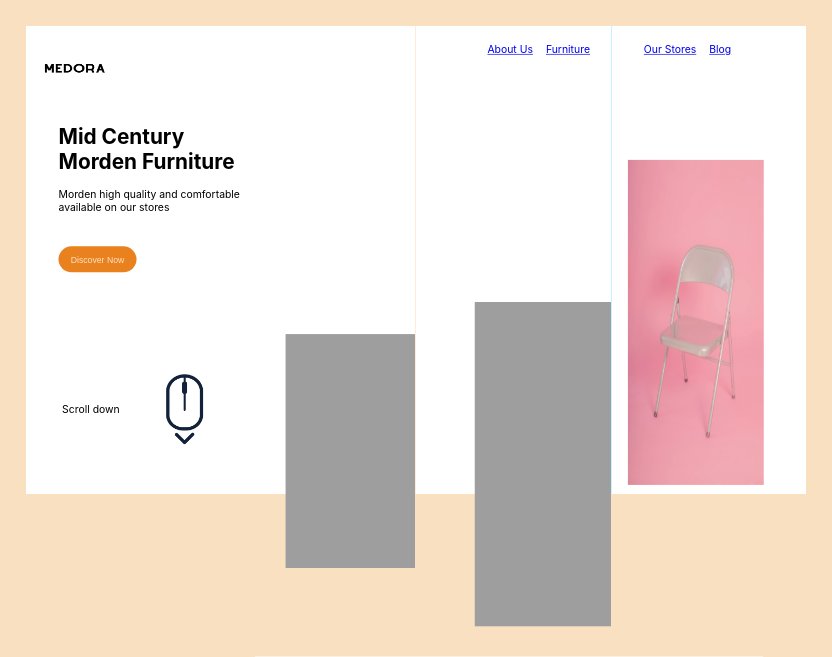
Repository: SbuKhoza/medora
Page: /
These files come from the project's save history. The page is drawn as it stood at one moment and after a run of saves; the edit follows.
The browser window is 1280 px wide. The pictures show the whole page, at 65% of full size.
Pictures or frames that could not be fetched are drawn as grey boxes. The project was rebuilt for these pictures with package versions that can differ from the ones it lists, and the page was loaded fresh each time.

Above is the page before, as saved 2024-07-12 08:53:53.

After the next 2 saves:
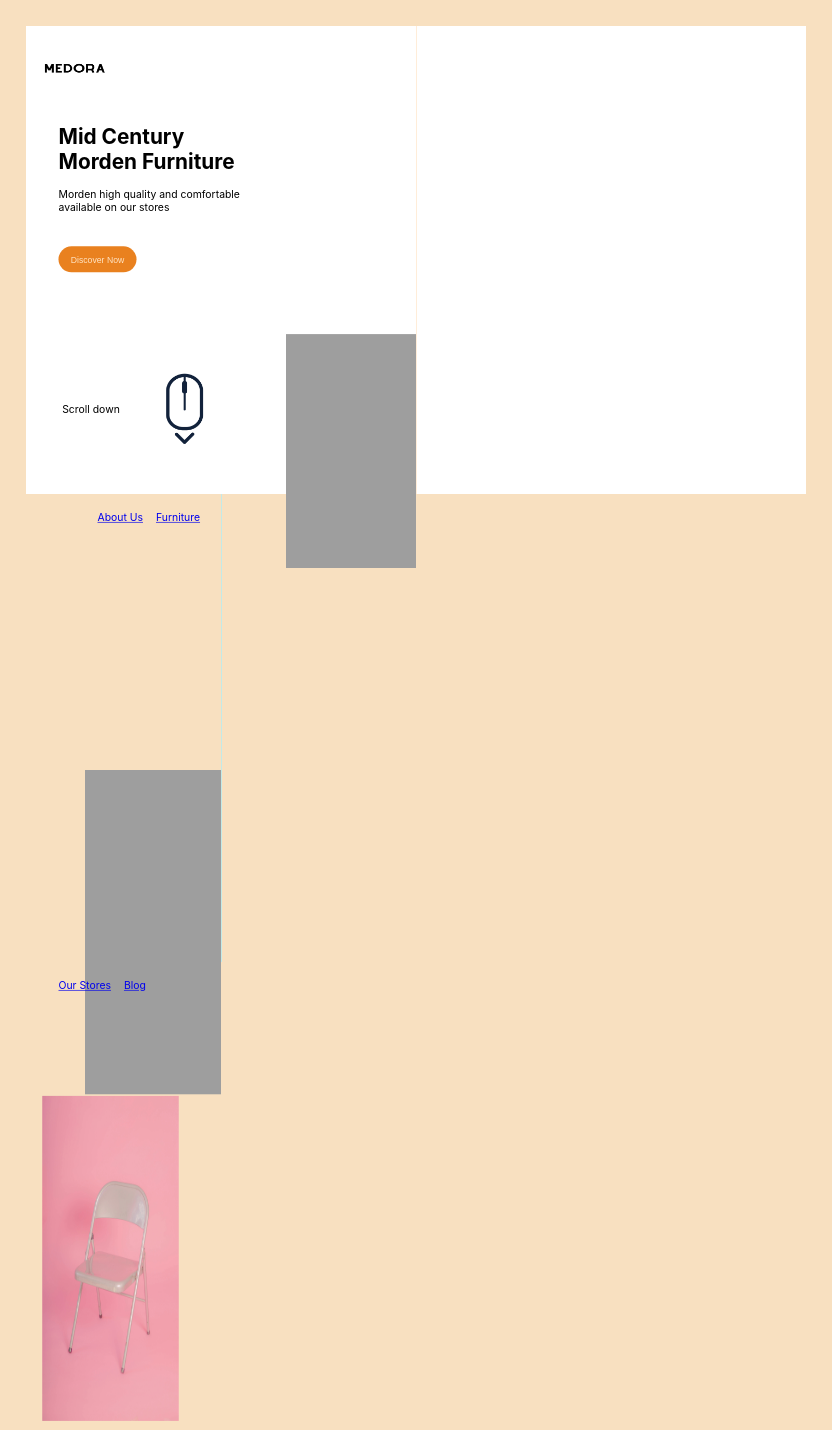
The 2 saves are shown as one change because they came seconds apart.
The last was saved 9 s later.
--- a/src/App.css
+++ b/src/App.css
@@ -198,5 +198,5 @@
 
 @media only screen and (min-width: 768px) {
   .container {
-    fle
-}
+    flex-direction: column;
+}

After the 4 saves that followed:
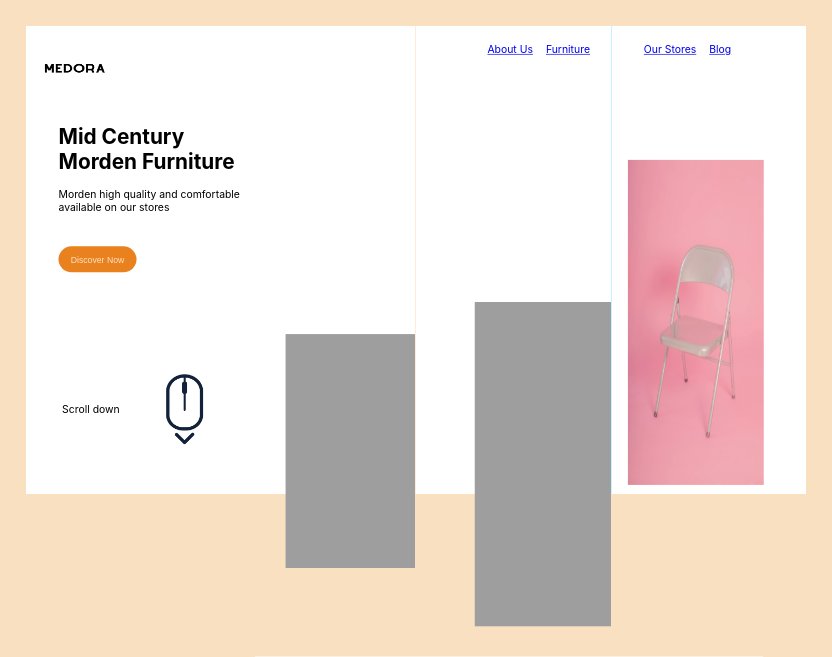
The 4 saves are shown as one change because 3 left the picture as it was.
The last was saved 89 s later.
--- a/src/App.css
+++ b/src/App.css
@@ -196,7 +196,8 @@
   height: 500px;
 }
 
-@media only screen and (min-width: 768px) {
+/* @media only screen and (min-width: 768px) { */
   .container {
-    flex-direction: column;
-}
+    /* flex-direction: column; */
+}
+}
